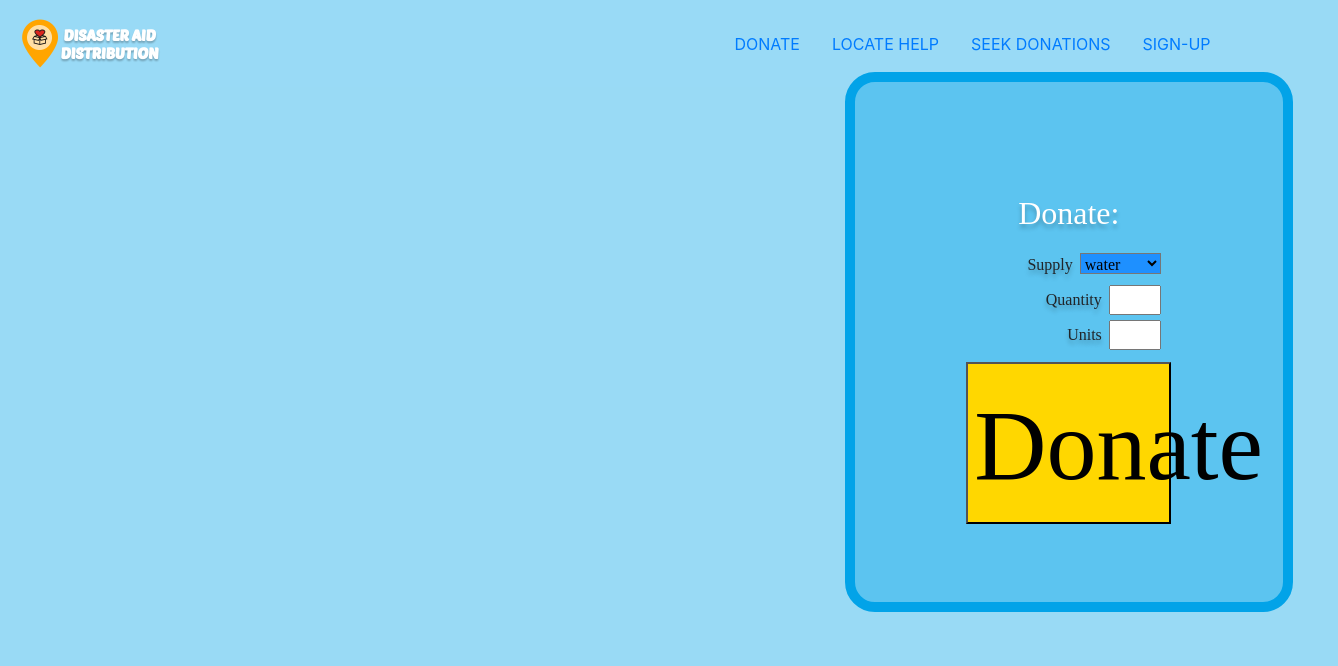
Repository: uprm-inso-4115-2019-2020-S2/semester-project-inso4115-DisasterAid-backend
Page: /donate-modal (app in disaster-aid/)
An editor plug-in stored every save of this project. The page is shown before and after the next save, followed by the edit.
The browser window is 1280 px wide. The page is 1338 px wide, then 1293 px, so the pictures cover 1338 px, including what lies to the right of the window. The pictures show the whole page.
The project was rebuilt for these pictures with package versions that can differ from the ones it lists, and the page was loaded fresh each time. Also part of the build but not shown: disaster-aid/angular.json, disaster-aid/src/app/login/login.component.ts, disaster-aid/src/app/register/register.component.ts, disaster-aid/src/app/home/home.component.ts, disaster-aid/src/app/landing-page/landing-page.component.ts, disaster-aid/src/app/donations/donations.component.ts, disaster-aid/src/app/donations.service.ts.

Above is the page before, as saved 2020-05-09 01:55:01.

### disaster-aid/src/index.html
<!doctype html>
<html lang="en">
<head>
  <meta charset="utf-8">
  <title>DisasterAid</title>
  <base href="/">
  <meta name="viewport" content="width=device-width, initial-scale=1">
  <link rel="icon" type="image/x-icon" href="favicon.ico">
</head>
<body>
  <app-root></app-root>
</body>
</html>

### disaster-aid/src/styles.css
/* You can add global styles to this file, and also import other style files */

html { background-color:rgba(2, 163, 232, 0.4); }

### disaster-aid/src/app/app.module.ts
import { BrowserModule } from '@angular/platform-browser';
import { NgModule } from '@angular/core';
import { FormsModule, ReactiveFormsModule } from '@angular/forms';



import { AppRoutingModule } from './app-routing.module';
import { AppComponent } from './app.component';
import { RegisterComponent } from './register/register.component';
import { LoginComponent } from './login/login.component';
import { HttpClientModule } from '@angular/common/http';
import { HomeComponent } from './home/home.component'
import { UserApiService } from './userapi.service';
import { LandingPageComponent } from './landing-page/landing-page.component';
import { DonationsComponent } from './donations/donations.component';
import { DonateModalComponent } from './donate-modal/donate-modal.component';


@NgModule({
  declarations: [
    AppComponent,
    RegisterComponent,
    LoginComponent,
    HomeComponent,
    LandingPageComponent,
    DonationsComponent,
    DonateModalComponent,
  ],
  imports: [
    BrowserModule,
    AppRoutingModule,
    FormsModule,
    ReactiveFormsModule,
    HttpClientModule
  ],
  providers: [UserApiService],
  bootstrap: [AppComponent]
})
export class AppModule { }

### disaster-aid/src/app/app-routing.module.ts
import { NgModule } from '@angular/core';
import { Routes, RouterModule } from '@angular/router';
import {LoginComponent} from './login/login.component';
import { RegisterComponent } from './register/register.component';
import { HomeComponent } from './home/home.component';
import { LandingPageComponent } from './landing-page/landing-page.component';
import { DonationsComponent } from './donations/donations.component';
import { DonateModalComponent} from './donate-modal/donate-modal.component';


const routes: Routes = [
  { path: '', redirectTo: '/landing_page', pathMatch: 'full'}, //Make home the default landing page
  { path: 'register', component: RegisterComponent},
  { path: 'login', component: LoginComponent },
  { path: 'home', component: HomeComponent},
  { path: 'landing_page', component: LandingPageComponent },
  { path: 'my-donations', component: DonationsComponent },
  { path: 'donate-modal', component: DonateModalComponent},

];

@NgModule({
  imports: [RouterModule.forRoot(routes)],
  exports: [RouterModule]
})
export class AppRoutingModule { }

### disaster-aid/src/app/app.component.ts
import { Component } from '@angular/core';

@Component({
  selector: 'app-root',
  templateUrl: './app.component.html',
  styleUrls: ['./app.component.css']
})
export class AppComponent {
  title = 'disaster-aid';
}

### disaster-aid/src/app/userapi.service.ts
import { Injectable } from '@angular/core';
import { HttpClient, HttpErrorResponse, HttpHeaders } from '@angular/common/http';
import { User } from './user';
import { Observable, throwError } from 'rxjs';
import { catchError } from 'rxjs/operators';


@Injectable({
  providedIn: 'root'
})
export class UserApiService {

  constructor(private httpClient:HttpClient) { }

  private _handleError(error: HttpErrorResponse | any) {
    let data = {};
                data = {
                    reason: error && error.error.reason ? error.error.reason : '',
                    status: error.status
                };
                console.error(data);
                return throwError(error);
  }

    public server:String = " http://localhost:5000/";

   public getUsers() : Observable<User[]> {
     return this.httpClient
     .get<User[]>(this.server + "DAD/users")
     .pipe(catchError (this._handleError));
   }

   public getUser(userID : String): Observable<User> {
    return this.httpClient
    .get<User>(this.server + `DAD/users/${userID}`)
    .pipe(catchError (this._handleError));
  }

  public createUser(user: User): Observable<any> {

    const httpOptions = {
      headers: new HttpHeaders ({
        'Content-Type':'application/json',
        'Accept': 'application/json'
      })
    };
    return this.httpClient
    .post(this.server + "DAD/users", user, httpOptions)
    .pipe(catchError (this._handleError));;
  }


}

### disaster-aid/src/app/donate-modal/donate-modal.component.ts
import { Component, OnInit } from '@angular/core';

@Component({
  selector: 'app-donate-modal',
  templateUrl: './donate-modal.component.html',
  styleUrls: ['./donate-modal.component.css']
})
export class DonateModalComponent implements OnInit {

  constructor() { }

  ngOnInit(): void {
  }

}

### disaster-aid/src/app/donate-modal/donate-modal.component.html
<nav class="navbar navbar-light" style="background-color: rgba(2, 163, 232, 0.4);">
    <a class="navbar-brand mr-1" href="#"><img src="/assets/DAD_logo.png" style="width: 50%;"></a>
    <ul class="nav navbar-justified navbar-right ml-auto" style="margin-right: 3%;">
        <li class="nav-item">
            <a class="nav-link menuItem" routerLink="/my-donations"  >DONATE</a>
        </li>
        <li class="nav-item">
            <a class="nav-link menuItem"  href="#">LOCATE HELP</a>
        </li>
        <li class="nav-item">
            <a class="nav-link menuItem" href="#">SEEK DONATIONS</a>
        </li>
        <li class="nav-item">
            <a class="nav-link menuItem"  routerLink="/register" routerLinkActive="active">SIGN-UP</a>
        </li>
    </ul>
</nav>

<div class="donateBox">
    <p style="font-size: xx-large; text-align: center; padding-top: 3%; color: white;">Donate:</p>
    <!-- <form [formGroup]="loginForm" (ngSubmit)="onSubmit(loginForm.value)"> -->
        <div style="text-align: right; padding-right: 22px;">
            <div>
                <label for="Supply" style="padding-right: 7px;">Supply</label>
                <select id="supply" name="supply" class="select">
                    <option value="water">water</option>
                    <option value="food">food</option>
                    <option value="medicine">medicine</option>
                    <option value="clothing">clothing</option>

                </select>
            </div>
            <div>
                <label for="quantity" style="padding-right: 7px;">Quantity</label>
                <input type="number" id="quantity" name="quantity" min="1" max="5">
            </div>
            <div>
                <label for="units" style="padding-right: 7px;">Units</label>
                <input type="number" id="quantity" name="quantity" min="1" max="5">
            </div>
        </div>

        <div style="text-align: center;  padding-top: 7px;">
            <button class="donateButton" type="submit">Donate</button>
        </div>
    <!-- </form> -->

    <!-- <div style="text-align: center; padding-top: 5px; font-size: large;">
        <label style="color: white; padding-right: 5px;">Don't have an account?</label>
        <a routerLink="/register" routerLinkActive="active" style="color:#FFBC40 ;">Sign up</a>
    </div> -->

</div>

### disaster-aid/src/app/donate-modal/donate-modal.component.css
.donateBox {
    position: absolute;
    width: 35%;
    height: 75%;
    left: 66%;
    right: 10%;
    padding: 100px;;
    top: 10%;
    background: rgba(2, 163, 232, 0.4);
    border: 10px solid #02A3E8;
    border-radius: 30px;
    font-family: 'Fredoka One', cursive;
    font-family: 'Gochi Hand', cursive;
    text-shadow: 0px 4px 4px rgba(0, 0, 0, 0.25);
}

.donateButton{
    text-align: center;
    padding-top: 7px;
    background: gold;
    width: 90%;
    font-size:100px
}

.select{
    background-color: dodgerblue;
    /* display: none; */
    position: relative;
    font-family: 'Gochi Hand', cursive;
}

Loaded but not shown: disaster-aid/src/main.ts (common file); disaster-aid/src/environments/environment.ts (common file); disaster-aid/src/app/app.component.html (common file); disaster-aid/src/app/app.component.css (no stored copy; drawn as an empty file)

After the next save:
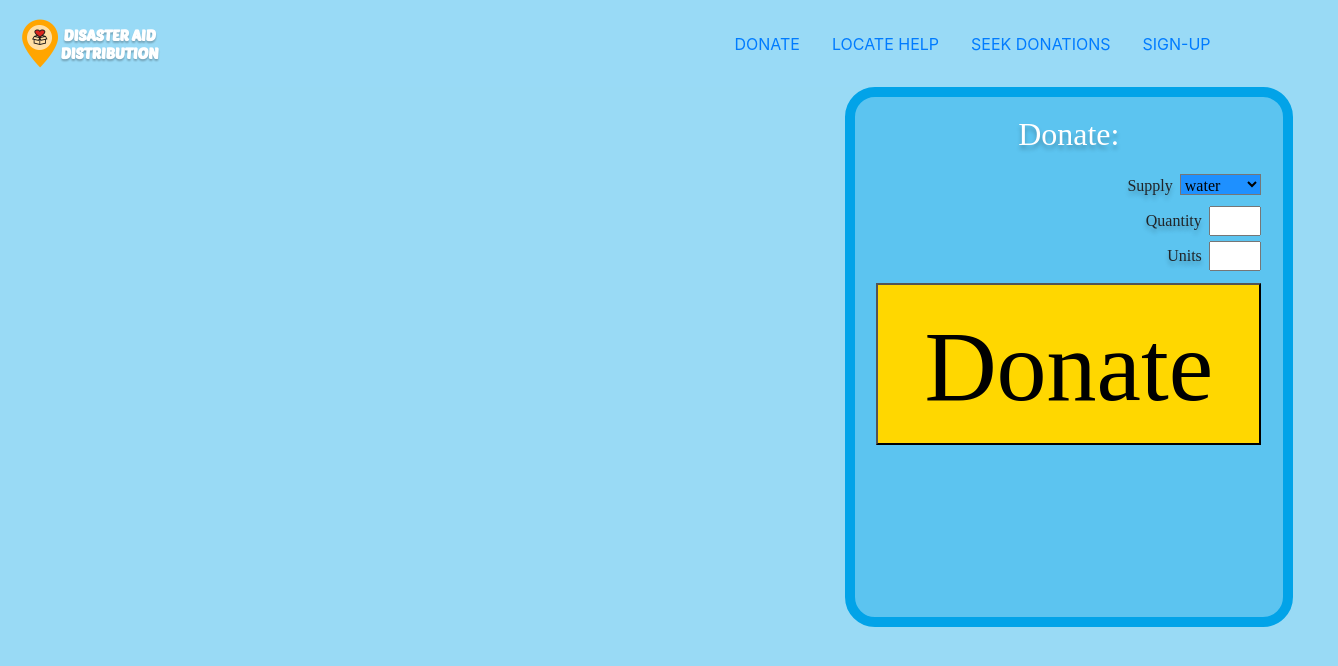
Saved 31 s later.
--- a/disaster-aid/src/app/donate-modal/donate-modal.component.css
+++ b/disaster-aid/src/app/donate-modal/donate-modal.component.css
@@ -3,9 +3,8 @@
     width: 35%;
     height: 75%;
     left: 66%;
-    right: 10%;
-    padding: 100px;;
-    top: 10%;
+    /* right: 10%;
+    top: 10%; */
     background: rgba(2, 163, 232, 0.4);
     border: 10px solid #02A3E8;
     border-radius: 30px;
